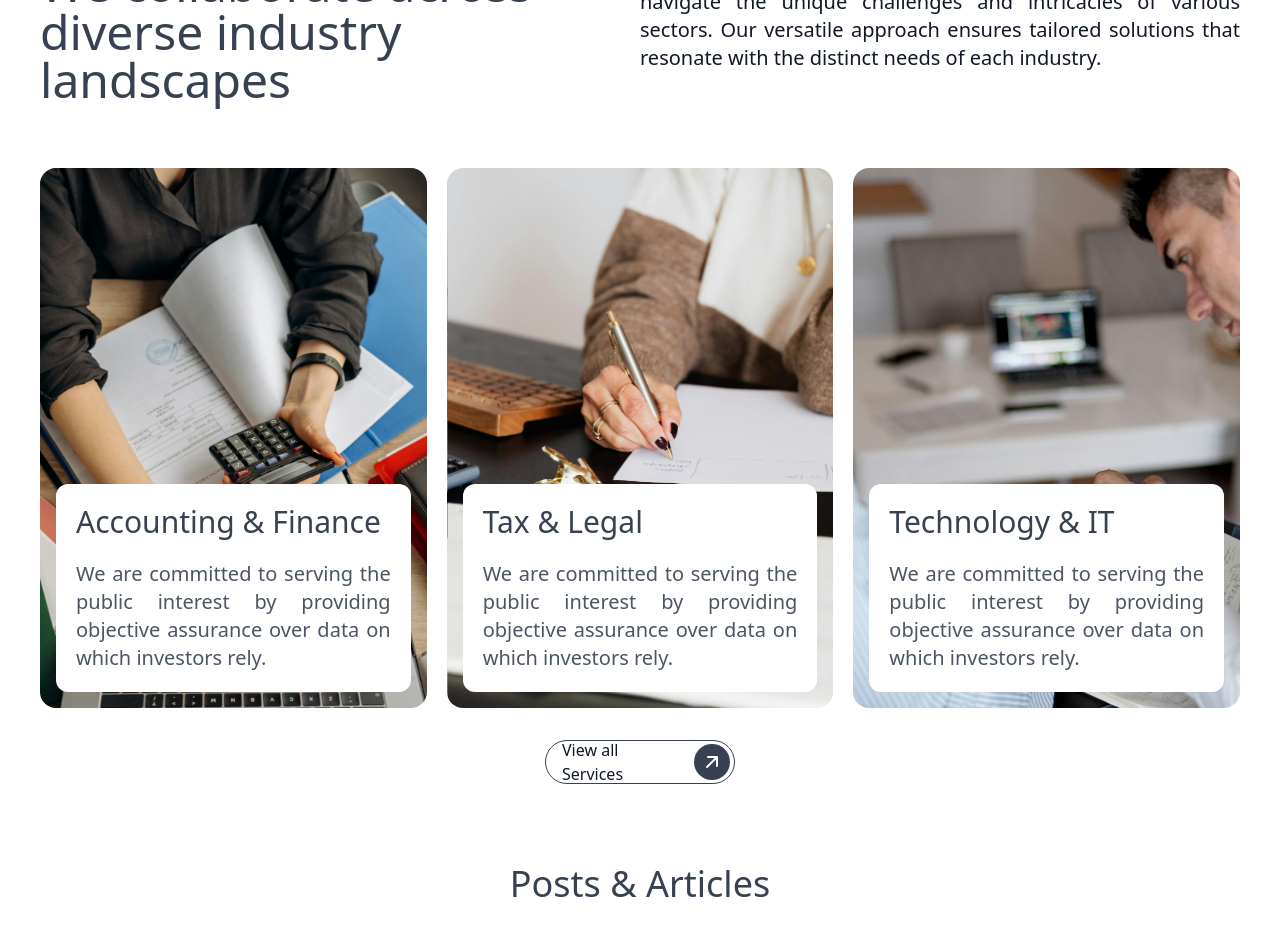
Repository: vespersolutionspk18/integrast-website
Page: /
An editor plug-in stored every save of this project. The page is shown before and after the next save, followed by the edit.
The browser window is 1280 px wide. The pictures show the part of the page from y = 978 to 1930 px (the page is 1922 px tall before and 1930 px after).
The project was rebuilt for these pictures with package versions that can differ from the ones it lists, and the page was loaded fresh each time. The framework's server and built-in components were replaced by stand-ins that run in the browser. Also part of the build but not shown: next.config.ts.

Above is the page before, as saved 2024-12-09 16:40:58.

### app/layout.tsx
import type { Metadata } from "next";
import localFont from "next/font/local";
import "./globals.css";

const geistSans = localFont({
  src: "./fonts/GeistVF.woff",
  variable: "--font-geist-sans",
  weight: "100 900",
});
const geistMono = localFont({
  src: "./fonts/GeistMonoVF.woff",
  variable: "--font-geist-mono",
  weight: "100 900",
});

export const metadata: Metadata = {
  title: "Integra Strategy",
  description: "-",
};

export default function RootLayout({
  children,
}: Readonly<{
  children: React.ReactNode;
}>) {
  return (
    <html lang="en">
      <body
        className={`${geistSans.variable} ${geistMono.variable} antialiased`}
      >
        {children}
      </body>
    </html>
  );
}

### app/page.tsx
import Image from "next/image";
import Header from "./Header";
import Hero from "./Hero";
import Services from "./Services";
import Postsart from "./Postsart";

export default function Home() {
  return (
    <div>
      <Header />
      <Hero />
      <Services />
      <Postsart />
    </div>
  );
}

### app/Hero.tsx
import React from 'react'
import ButtonArrowwhite from "@/public/assets/buttonarrowwhite.svg";
import ButtonArrow from "@/public/assets/buttonarrow.svg";
const Hero = () => {
  return (
    <div className="flex flex-col p-10 ">
        <div className="flex flex-row mt-24 h-[190px] gap-5 ">
            <div className="w-[55%] flex flex-col">
                <h1 className="font-light font-sans text-6xl text-gray-600">Unlock Prosperity, <span className="text-gray-800">Choose Expert Guidance</span></h1>
                <h4 className="text-xl font-sans font-light text-gray-900 mt-6">Embark on a transformative journey to financial prosperity with our personalized accountancy services</h4>
            </div>
            <div className="w-[45%] flex flex-col justify-between ">
                <h4 className="text-xl text-justify font-light font-sans text-gray-900">Unlock tailored strategies, benefit from insightful guidances, and follow a clear pathway to achieve your financial success. Elevate your financial journey with our dedicated support and expertise. Contact us today to start your journey towards financial freedom.</h4>
                <div className="flex flex-row gap-5 pt-10">
                <div>
                <div id="button"
  className="group  bg-white h-[44px] flex-row border-[1px] border-gray-700 text-gray-900 text-[16px] py-1 px-1 font-light rounded-full hidden md:flex items-center justify-between w-[170px] transition-width duration-500 ease-in-out  hover:w-[195px] hover:bg-gray-700 hover:border-gray-700 hover:text-white hover:cursor-pointer "

>
  <div className="mx-3 font-sans font-regular">Get In Touch</div>
  <div className="bg-gray-700 rounded-full h-[36px] w-[36px] flex items-center justify-center transition-transform duration-500 ease-in-out group-hover:rotate-45">
    <ButtonArrowwhite className="h-[24px] w-[24px]" />
  </div>
            </div>
                </div>
                <div>
                <div id="button"
  className="group  bg-gray-700 h-[44px] flex-row border-[1px] border-gray-700 text-white text-[16px] py-1 px-1 font-light rounded-full hidden md:flex items-center justify-between w-[170px] transition-width duration-500 ease-in-out  hover:w-[195px] hover:bg-white hover:border-gray-700 hover:text-gray-700 hover:cursor-pointer "

>
  <div className="mx-3 font-sans font-regular">Get a Quote</div>
  <div className="bg-white rounded-full h-[36px] w-[36px] flex items-center justify-center transition-transform duration-500 ease-in-out group-hover:rotate-45 group-hover:border-[1px] group-hover:border-gray-700">
    <ButtonArrow className="h-[24px] w-[24px]" />
  </div>
            </div>
                </div>

                </div>
            </div>
        </div>


        <div className="flex flex-row h-[380px] gap-4 mt-16">
            <div className="w-[70%] transition-all duration-500 ease-in-out hover:w-[90%] rounded-2xl bg-cover bg-center" style={{backgroundImage: `url('/assets/heroimage3.jpg')`}}></div>
            <div className="w-[30%] transition-all duration-500 ease-in-out hover:w-[40%] flex flex-col justify-between ">
                <div className="w-full h-full rounded-2xl bg-cover bg-center" style={{backgroundImage: `url('/assets/heroimage4.jpg')`}}></div>
                <h5 className="font-sans text-gray-900 text-justify text-xl mt-3  font-light">Tailored solutions, expert guidance, and strategic planning to secure your wealth and achieve your financial goals seamlessly</h5>
            </div>
        </div>
    </div>
  )
}

export default Hero

### app/Services.tsx
import React from 'react'
import ButtonArrowwhite from "@/public/assets/buttonarrowwhite.svg";
import ButtonArrow from "@/public/assets/buttonarrow.svg";
const Services = () => {
  return (
    <div className="flex flex-col p-10 mt-16 items-center ">
        <div className="flex flex-row items-start justify-start ">
            <div className="w-1/2 font-sans font-light text-5xl text-gray-700">We collaborate across diverse industry landscapes</div>
            <div className="w-1/2 font-sans text-gray-900 text-justify text-xl  font-light">Our commitment to fostering dynamic collaboration allows to navigate the unique challenges and intricacies of various sectors. Our versatile approach ensures tailored solutions that resonate with the distinct needs of each industry.</div>
        </div>
        <div className="flex flex-row gap-5 mt-16">
            <div className="rounded-2xl w-1/3 h-[540px] bg-cover bg-center flex items-end  " style={{backgroundImage: `url('/assets/audit.jpg')`}}>
            <div className="group">
  <div className="bg-white m-4  rounded-[12px] flex flex-col relative transition-all duration-500 ease-in-out hover:pb-[120px] min-h-[180px]">
    <h5 className="ml-5 mt-5 mr-5 mb-5 font-sans text-3xl text-gray-700 font-light">
      Accounting & Finance
    </h5>
    <p className="ml-5 mr-5 mb-5 text-justify font-sans font-light text-xl text-gray-600">
      We are committed to serving the public interest by providing objective assurance over data on which investors rely.
    </p>
    {/* Hidden div */}
    <div className="absolute bottom-5 left-5 text-xl font-sans font-light  text-gray-600 px-4 py-2 rounded-md opacity-0 invisible transition-all duration-500 group-hover:opacity-100 group-hover:visible hover:text-black hover:cursor-pointer  hover:underline">
      Learn More
    </div>
  </div>
</div>

</div>
            <div className="rounded-2xl w-1/3 h-[540px] bg-cover bg-center flex items-end" style={{backgroundImage: `url('/assets/tax.jpg')`}}>
            <div className="group">
  <div className="bg-white m-4  rounded-[12px] flex flex-col relative transition-all duration-500 ease-in-out hover:pb-[120px] min-h-[180px]">
    <h5 className="ml-5 mt-5 mr-5 mb-5 font-sans text-3xl text-gray-700 font-light">
      Tax & Legal
    </h5>
    <p className="ml-5 mr-5 mb-5 text-justify font-sans font-light text-xl text-gray-600">
      We are committed to serving the public interest by providing objective assurance over data on which investors rely.
    </p>
    {/* Hidden div */}
    <div className="absolute bottom-5 left-5 text-xl font-sans font-light  text-gray-600 px-4 py-2 rounded-md opacity-0 invisible transition-all duration-500 group-hover:opacity-100 group-hover:visible hover:text-black hover:cursor-pointer  hover:underline">
      Learn More
    </div>
  </div>
</div>
</div>
            <div className="rounded-2xl w-1/3 h-[540px] bg-cover bg-center flex items-end" style={{backgroundImage: `url('/assets/tech.jpg')`}}>
            <div className="group">
  <div className="bg-white m-4  rounded-[12px] flex flex-col relative transition-all duration-500 ease-in-out hover:pb-[120px] min-h-[180px]">
    <h5 className="ml-5 mt-5 mr-5 mb-5 font-sans text-3xl text-gray-700 font-light">
      Technology & IT
    </h5>
    <p className="ml-5 mr-5 mb-5 text-justify font-sans font-light text-xl text-gray-600">
      We are committed to serving the public interest by providing objective assurance over data on which investors rely.
    </p>
    {/* Hidden div */}
    <div className="absolute bottom-5 left-5 text-xl font-sans font-light  text-gray-600 px-4 py-2 rounded-md opacity-0 invisible transition-all duration-500 group-hover:opacity-100 group-hover:visible hover:text-black hover:cursor-pointer  hover:underline">
      Learn More
    </div>
  </div>
</div>
</div>
        </div>
        <div className="mt-8">
                <div id="button"
  className="group  bg-white h-[44px] flex-row border-[1px] border-gray-700 text-gray-900 text-[16px] py-1 px-1 font-light rounded-full hidden md:flex items-center justify-between w-[190px] transition-width duration-500 ease-in-out hover:cursor-pointer  hover:w-[215px] hover:bg-gray-700 hover:border-gray-700 hover:text-white "

>
  <div className="mx-3 font-sans font-regular">View all Services</div>
  <div className="bg-gray-700 rounded-full h-[36px] w-[36px] flex items-center justify-center transition-transform duration-500 ease-in-out group-hover:rotate-45">
    <ButtonArrowwhite className="h-[24px] w-[24px]" />
  </div>
            </div>
                </div>
    </div>
  )
}

export default Services

### app/Postsart.tsx
import React from 'react'

const Postsart = () => {
  return (
    <div className="flex flex-col p-10 items-center">
        <h2 className="text-4xl font-sans text-gray-700 font-light">Posts & Articles</h2>
    </div>
  )
}

export default Postsart

Loaded but not shown: app/globals.css (common file); app/Header.tsx (common file); tailwind.config.ts (common file)

After the next save:
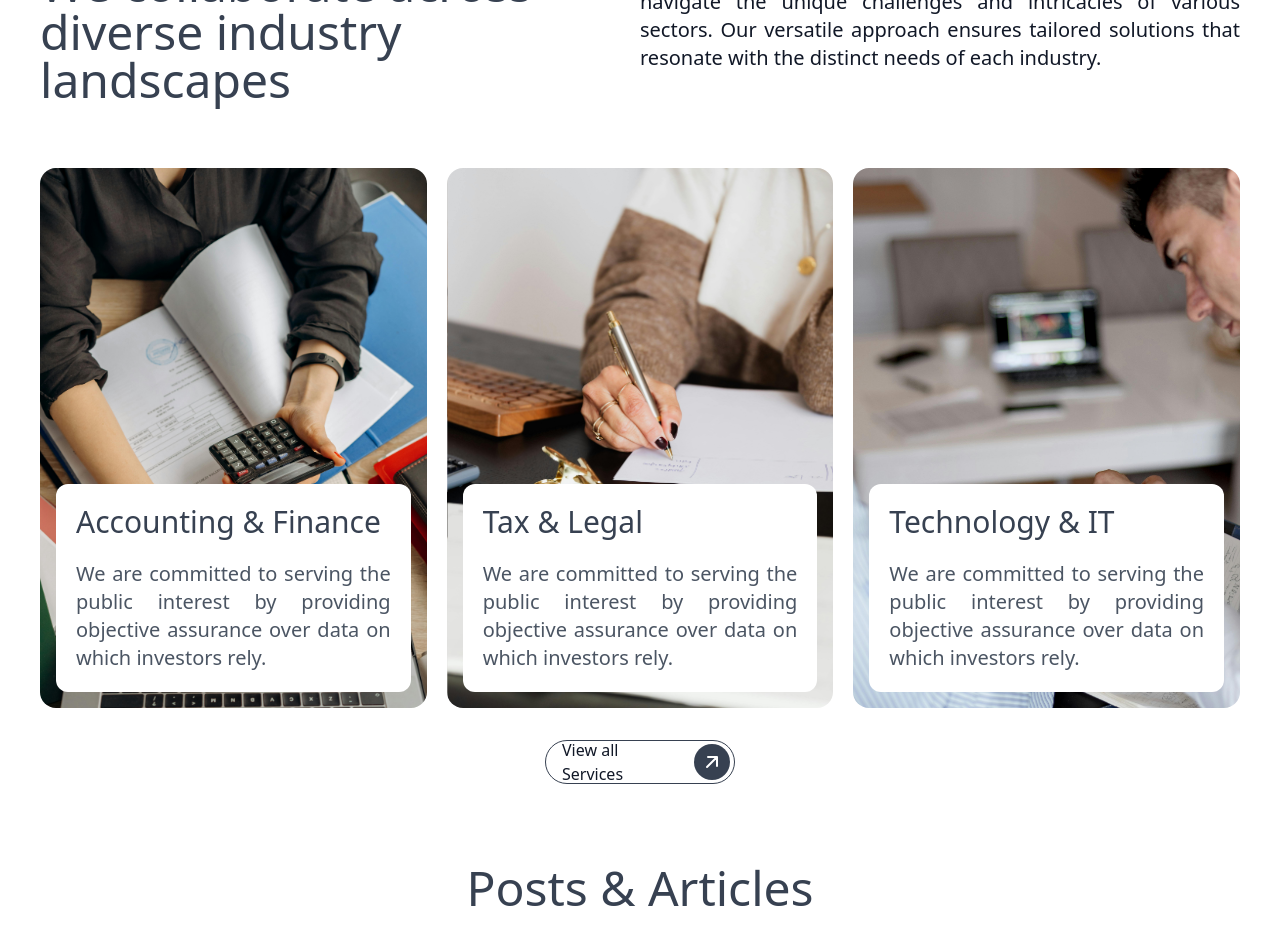
Saved 6 s later.
--- a/app/Postsart.tsx
+++ b/app/Postsart.tsx
@@ -3,7 +3,7 @@ import React from 'react'
 const Postsart = () => {
   return (
     <div className="flex flex-col p-10 items-center">
-        <h2 className="text-4xl font-sans text-gray-700 font-light">Posts & Articles</h2>
+        <h2 className="text-5xl font-sans text-gray-700 font-light">Posts & Articles</h2>
     </div>
   )
 }
